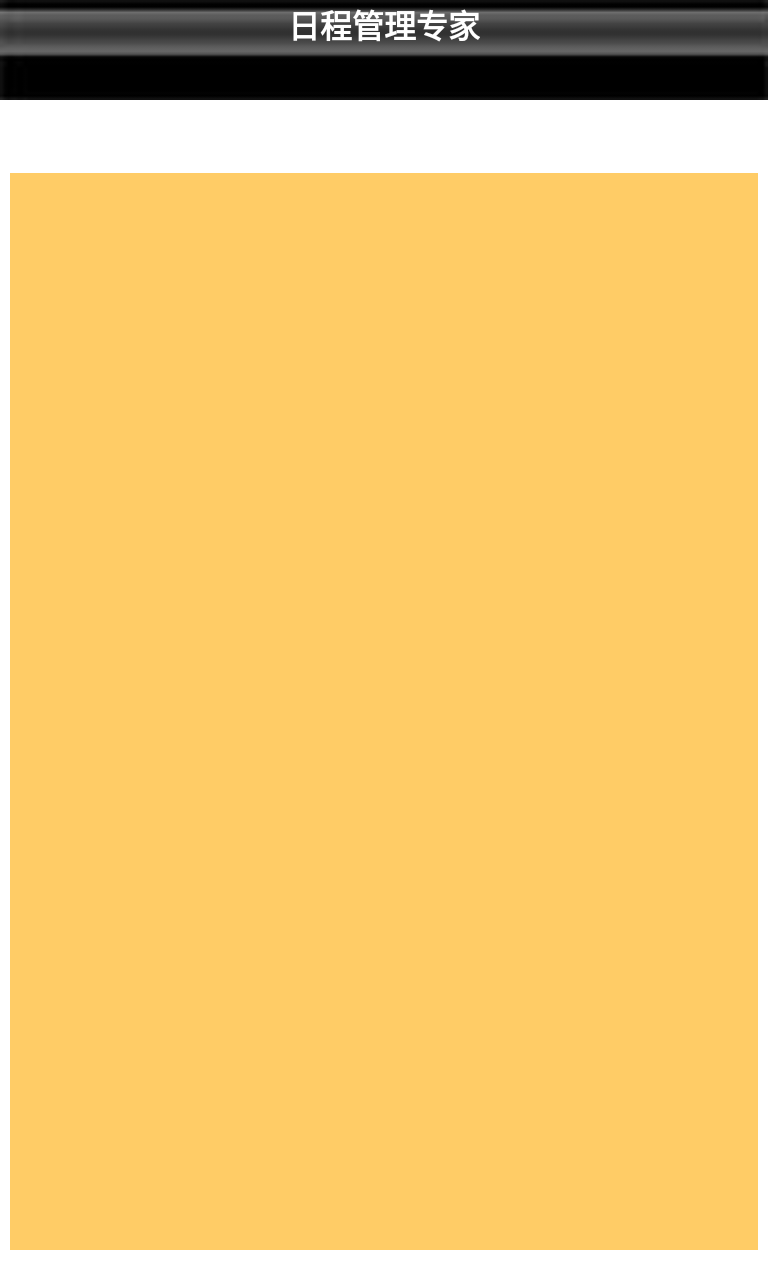
Repository: gogolaile/CoolWeather
Layout: DayDel/res/layout/add.xml
The author's editor kept a copy of each file at every save. The layout is drawn from the files as they stood at one save, then again after the next save.
It is drawn on a 768 x 1280 px phone screen (xhdpi) without system bars, with theme android:Theme.NoTitleBar.Fullscreen; the app's code is not run. Lists and similar views that code fills are empty.

Above is the layout before, as saved 2015-12-05 09:14:40.

After the next save:
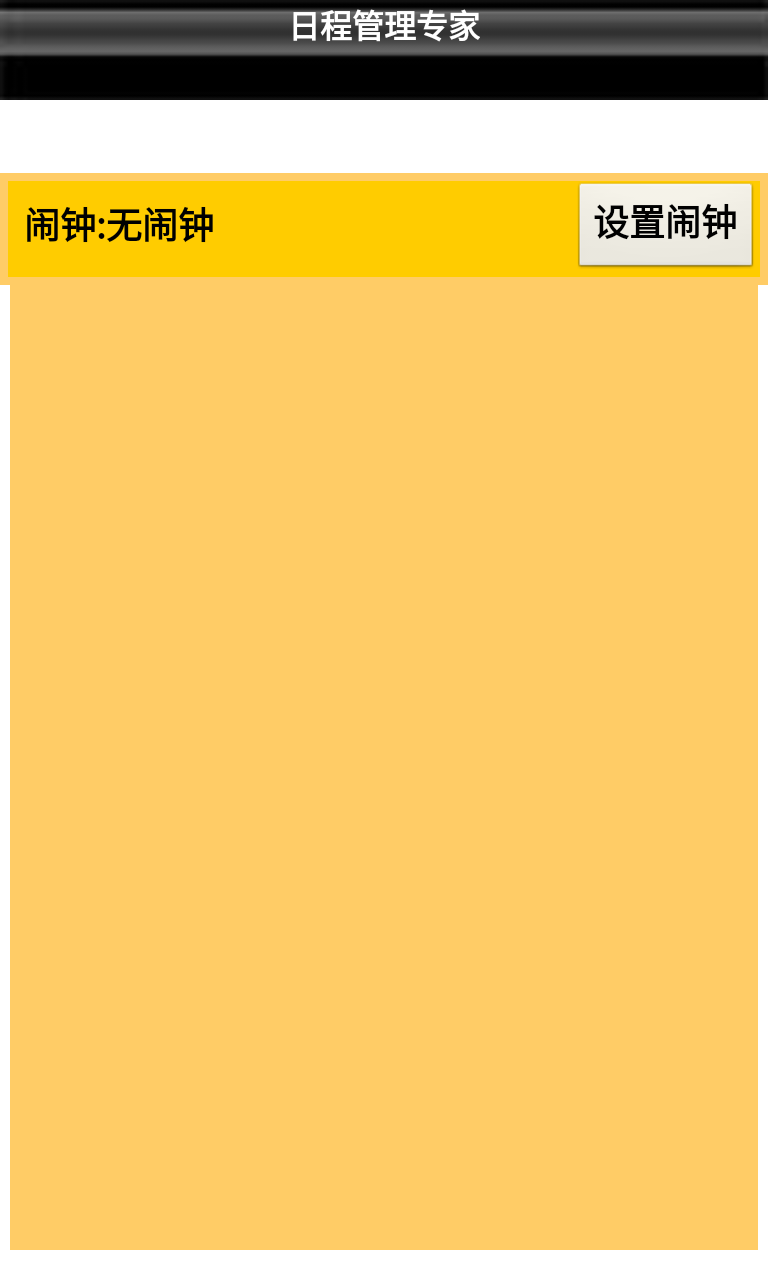
Saved 7 min 20 s later.
--- a/DayDel/res/layout/add.xml
+++ b/DayDel/res/layout/add.xml
@@ -26,7 +26,11 @@
         android:textColor="#FFFF"
         android:textStyle="bold"
         android:layout_margin="5dp"/>
-      <LinearLayout >
+      <LinearLayout
+          android:layout_width="match_parent"
+          android:layout_height="wrap_content"
+          android:orientation="vertical"
+          android:background="#FFCC66">
              <RelativeLayout
                       android:layout_width="match_parent"
                       android:layout_height="wrap_content"
